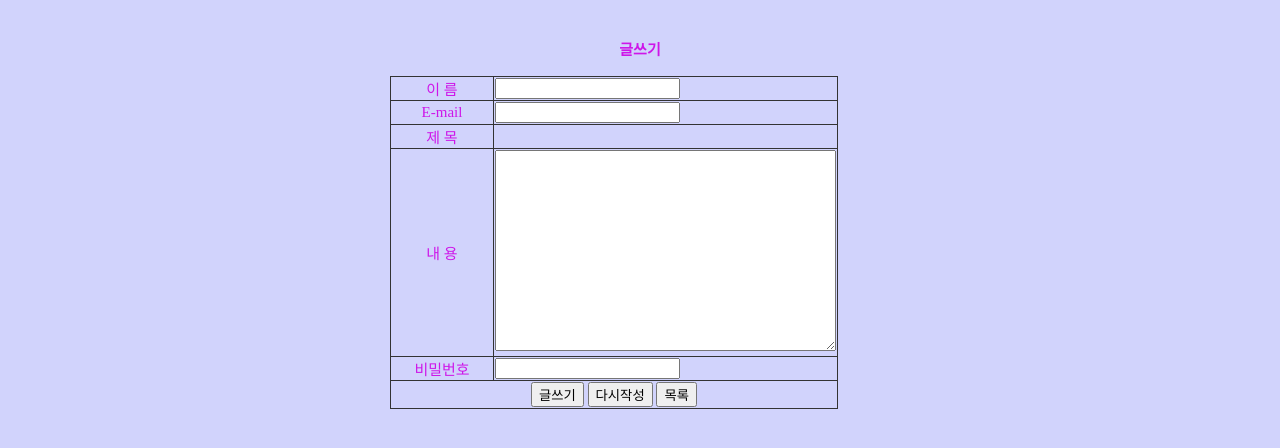
Repository: LouisKisaragi/BB-Bank
Page: http://localhost/freeboard/freeboard/writeForm.jsp
The author's editor kept a copy of each file at every save. The page is drawn from the files as they stood at one save, then again after the next save.
The browser window is 1280 px wide. The pictures show the whole page.
The page is served by Tomcat 9. Other server files are loaded and not shown.

Above is the page before, as saved 2017-11-20 00:21:34.

### 이득건/publicFree/workspace/freeboard/WebContent/freeboard/writeForm.jsp
<%@ page language="java" contentType="text/html; charset=UTF-8"
    pageEncoding="UTF-8"%>
<%@ taglib prefix="c" uri="http://java.sun.com/jsp/jstl/core" %>
<!DOCTYPE html>
<html>
<head>
<meta http-equiv="Content-Type" content="text/html; charset=UTF-8">
<title>게시판</title>
<script src="${pageContext.request.contextPath }/freeboard/script.js"></script>
<link href="${pageContext.request.contextPath }/freeboard/css/style.css" rel="stylesheet" type="text/css"/>
<link href="${pageContext.request.contextPath}/freeboard/css/writeFormstyle.css" rel="stylesheet" type="text/css"/>
</head>
<body>
<section>
<article>
<b>글쓰기</b>
<br></br>
<form method="post" name="writeForm" action="${pageContext.request.contextPath}/board/writePro.do" onsubmit="return writeSave()">
<input type="hidden" name="num" value="${num}">
<input type="hidden" name="ref" value="${ref}">
<input type="hidden" name="step" value="${step}">
<input type="hidden" name="depth" value="${depth}">
<table class="board">
	<tr>
		<td class="attr">이 름</td>
		<td>
			<input type = "text" name="writer">
			</td>
		</tr>
		<tr>
			<td class="attr">E-mail</td>
			<td>
				<input type="email" name="email">
			</td>
		</tr>
		<tr>
			<td class="attr">제 목</td>
			<td>
			<c:if test="${num == 0}">
			<input class="input" type="text" name="subject">
			</c:if>
			<c:if test="${num != 0}">
			<!-- <input class="input" type="text" name="subject" value="[답변]"> -->
			</c:if>
			</td>
		</tr>
		<tr>
			<td class="attr">내 용</td>
			<td>
				<textarea name="content" rows="13" cols="40"></textarea>
			</td>
		</tr>
		<tr>
			<td class="attr">비밀번호</td>
			<td>
				<input type="password" name="pass">
			</td>
		</tr>
		<tr>
			<td colspan="2" class="attr">
				<input type="submit" value="글쓰기">
				<input type="reset" value="다시작성">
				<input type="button" value="목록" OnClick="window.location='${pageContext.request.contextPath}/board/list.do'">
			</td>
		</tr>
</table>
</form>
</article>
</section>
</body>
</html>

### 이득건/publicFree/workspace/freeboard/WebContent/freeboard/css/style.css
@CHARSET "UTF-8";
body{
	background-color:#d1d3fc;
	font-size:15px;
	color: #ce16e9;
	text-align: center;
}
a:link {
	text-decoration:nonecolor:#696969;
}
a:hover {
	text-decoration:yescolor:#66ccff;
}
a:visted {
	text-decoration:noncolor:#330066;
}

### 이득건/publicFree/workspace/freeboard/WebContent/freeboard/css/writeFormstyle.css
@CHARSET "UTF-8";
section{
	padding-top: 30px;
	width:500px;
	margin: auto;
	left:0; top:0; righr:0; bottom:0;
}

.board{
	text-align:center;
	border-collapse:collapse;
}

.board td {
	border:1px solid #333;
	text-align:left;
	width:330px;
	hegith:30px;
	border:1px solid #333;
}
.board td .input{
	width:97%;
}
.board .attr{
	width: 100px;
	text-align:center;
}

Loaded but not shown: 이득건/publicFree/workspace/freeboard/WebContent/freeboard/script.js (no copy from this time; the picture is the same without it)

After the next save:
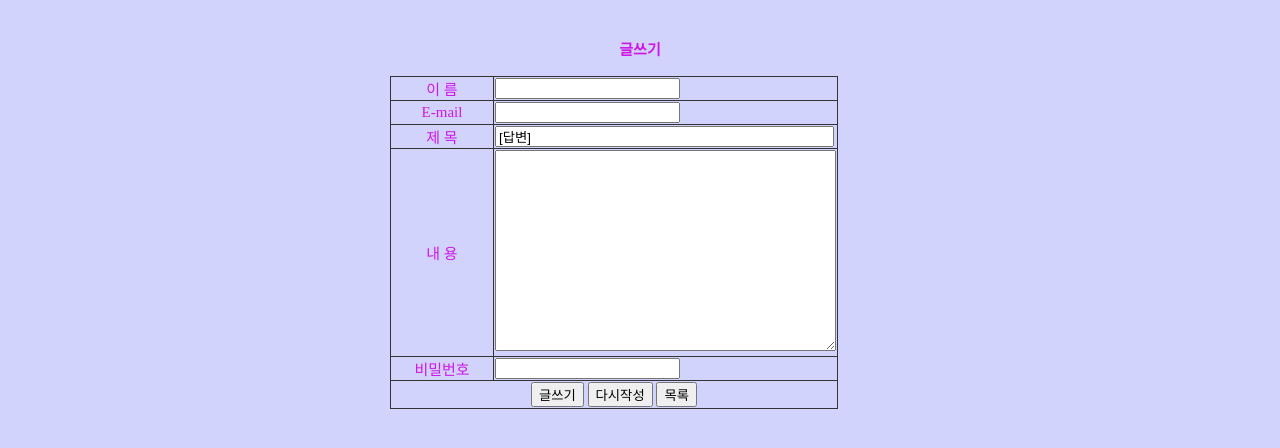
Saved 49 s later.
--- a/이득건/publicFree/workspace/freeboard/WebContent/freeboard/writeForm.jsp
+++ b/이득건/publicFree/workspace/freeboard/WebContent/freeboard/writeForm.jsp
@@ -40,7 +40,7 @@
 			<input class="input" type="text" name="subject">
 			</c:if>
 			<c:if test="${num != 0}">
-			<!-- <input class="input" type="text" name="subject" value="[답변]"> -->
+			<input class="input" type="text" name="subject" value="[답변]">
 			</c:if>
 			</td>
 		</tr>
